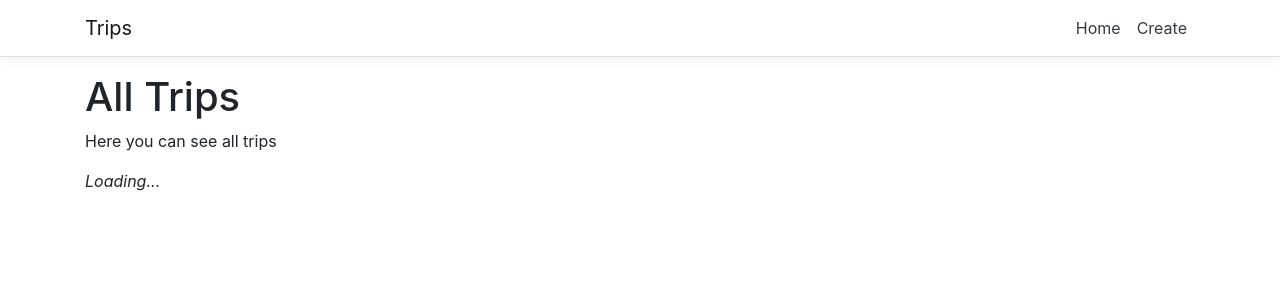
Repository: DevLuDaley/Trips
Page: /trips (app in ClientApp/)
An editor plug-in stored every save of this project. The page is shown before and after the next save, followed by the edit.
The browser window is 1280 px wide. The pictures show the whole page.
The page's requests for data from a server got no answer. The project was rebuilt for these pictures with package versions that can differ from the ones it lists, and the page was loaded fresh each time. No one was signed in, and anything a server would have sent is missing. Also part of the build but not shown: ClientApp/src/components/Home.js, ClientApp/src/components/FetchData.js, ClientApp/src/components/Counter.js, ClientApp/src/components/Trip/CreateTrip.jsx.

Above is the page before, as saved 2020-11-06 11:41:24.

### ClientApp/public/index.html
<!DOCTYPE html>
<html lang="en">
  <head>
    <meta charset="utf-8">
    <meta name="viewport" content="width=device-width, initial-scale=1, shrink-to-fit=no">
    <meta name="theme-color" content="#000000">
    <base href="%PUBLIC_URL%/" />
    <!--
      manifest.json provides metadata used when your web app is added to the
      homescreen on Android. See https://developers.google.com/web/fundamentals/engage-and-retain/web-app-manifest/
    -->
    <link rel="manifest" href="%PUBLIC_URL%/manifest.json">
    <link rel="shortcut icon" href="%PUBLIC_URL%/favicon.ico">
    <!--
      Notice the use of %PUBLIC_URL% in the tags above.
      It will be replaced with the URL of the `public` folder during the build.
      Only files inside the `public` folder can be referenced from the HTML.

      Unlike "/favicon.ico" or "favicon.ico", "%PUBLIC_URL%/favicon.ico" will
      work correctly both with client-side routing and a non-root public URL.
      Learn how to configure a non-root public URL by running `npm run build`.
    -->
    <title>Trips</title>
  </head>
  <body>
    <noscript>
      You need to enable JavaScript to run this app.
    </noscript>
    <div id="root"></div>
    <!--
      This HTML file is a template.
      If you open it directly in the browser, you will see an empty page.

      You can add webfonts, meta tags, or analytics to this file.
      The build step will place the bundled scripts into the <body> tag.

      To begin the development, run `npm start` or `yarn start`.
      To create a production bundle, use `npm run build` or `yarn build`.
    -->
  </body>
</html>

### ClientApp/src/App.js
import React, { Component } from 'react';
import { Route } from 'react-router';
import { Layout } from './components/Layout';
import { Home } from './components/Home';
import { FetchData } from './components/FetchData';
import { Counter } from './components/Counter';

import './custom.css'
import Trips from './components/Trip/Trips';
import CreateTrip from './components/Trip/CreateTrip';

export default class App extends Component {
  static displayName = App.name;

  render () {
    return (
      <Layout>
        <Route exact path='/' component={Home} />
        <Route path='/create' component={CreateTrip} />
        <Route path='/trips' component={Trips} />
        {/* <Route path='/counter' component={Counter} /> */}
        {/* <Route path='/fetch-data' component={FetchData} /> */}
      </Layout>
    );
  }
}

### ClientApp/src/custom.css
/* Provide sufficient contrast against white background */
a {
  color: #0366d6;
}

code {
  color: #E01A76;
}

.btn-primary {
  color: #fff;
  background-color: #1b6ec2;
  border-color: #1861ac;
}

.trip-form {
  /* color: #fff;
  background-color: #1b6ec2;
  border-color: #1861ac; */
  margin: 10% 30% 10% 30%;
}

### ClientApp/src/components/Trip/Trips.jsx
import React, { Fragment, Component } from 'react';
import axios from 'axios'
// export
    class Trips extends Component {
    constructor(props){
        super(props)
        this.state = {
            trips:[],
            loading: true
          }
    }

    componentDidMount(){
        this.populateTripsData()
    }
    populateTripsData(){
        axios.get('api/Trips/GetTrips').then(result => {
            const response = result.data;
            this.setState({trips: response, loading:false});
        }
        )
    }

    renderAllTripsTable(trips){
        return(
            <table className="table table-striped">
                <thead>
                    <tr>
                        <th>Name</th>
                        <th>Description</th>
                        <th>Date Started</th>
                        <th>Date Completed</th>
                        <th>Action</th>
                    </tr>
                </thead>
                <tbody>
                {trips.map(trip => (
                    <tr key={trip.id}>
                        <td>{trip.name}</td>
                        <td>{trip.description}</td>
                        <td>{new Date(trip.dateStarted).toLocaleDateString()}</td>
                        <td>{trip.dateCompleted ? new Date(trip.dateCompleted).toLocaleDateString() : '-'}</td>
                        <td>Actions-Column</td>
                    </tr>
                ))}
                    <tr>
                        <td>a</td>
                        <td>b</td>
                        <td>c</td>
                        <td>d</td>
                        <td>Action1</td>
                    </tr>
                </tbody>
            </table>
        );
    }
    render() {
        let content = this.state.loading ? (
            <p>
                <em> Loading...</em>
            </p>
        ) : (
            this.renderAllTripsTable(this.state.trips)
        )
        return (
            <Fragment>
            <div>
                <h1> All Trips</h1>
                <p> Here you can see all trips</p>
                {content}
            </div>
            </Fragment>
          );
    }
}

// export default
export default Trips;

### ClientApp/src/components/NavMenu.js
import React, { Component } from 'react';
import { Collapse, Container, Navbar, NavbarBrand, NavbarToggler, NavItem, NavLink } from 'reactstrap';
import { Link } from 'react-router-dom';
import './NavMenu.css';

export class NavMenu extends Component {
  static displayName = NavMenu.name;

  constructor (props) {
    super(props);

    this.toggleNavbar = this.toggleNavbar.bind(this);
    this.state = {
      collapsed: true
    };
  }

  toggleNavbar () {
    this.setState({
      collapsed: !this.state.collapsed
    });
  }

  render () {
    return (
      <header>
        <Navbar className="navbar-expand-sm navbar-toggleable-sm ng-white border-bottom box-shadow mb-3" light>
          <Container>
            <NavbarBrand tag={Link} to="/trips">Trips</NavbarBrand>
            <NavbarToggler onClick={this.toggleNavbar} className="mr-2" />
            <Collapse className="d-sm-inline-flex flex-sm-row-reverse" isOpen={!this.state.collapsed} navbar>
              <ul className="navbar-nav flex-grow">
                <NavItem>
                  <NavLink tag={Link} className="text-dark" to="/">Home</NavLink>
                </NavItem>
                {/* <NavItem>
                  <NavLink tag={Link} className="text-dark" to="/counter">Counter</NavLink>
                </NavItem> */}
                <NavItem>
                  <NavLink tag={Link} className="text-dark" to="/Create">Create</NavLink>
                </NavItem>
                {/* <NavItem>
                  <NavLink tag={Link} className="text-dark" to="/fetch-data">Fetch data</NavLink>
                </NavItem> */}
              </ul>
            </Collapse>
          </Container>
        </Navbar>
      </header>
    );
  }
}

Loaded but not shown: ClientApp/src/index.js (common file); ClientApp/src/registerServiceWorker.js (common file); ClientApp/src/components/Layout.js (common file); ClientApp/src/components/NavMenu.css (common file)

After the next save:
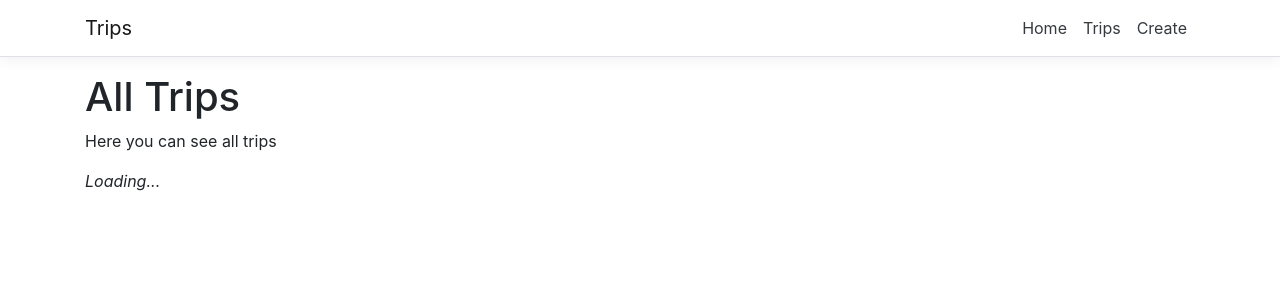
Saved 89 s later.
--- a/ClientApp/src/components/NavMenu.js
+++ b/ClientApp/src/components/NavMenu.js
@@ -33,6 +33,9 @@ export class NavMenu extends Component {
                 <NavItem>
                   <NavLink tag={Link} className="text-dark" to="/">Home</NavLink>
                 </NavItem>
+                <NavItem>
+                  <NavLink tag={Link} className="text-dark" to="/trips">Trips</NavLink>
+                </NavItem>
                 {/* <NavItem>
                   <NavLink tag={Link} className="text-dark" to="/counter">Counter</NavLink>
                 </NavItem> */}
